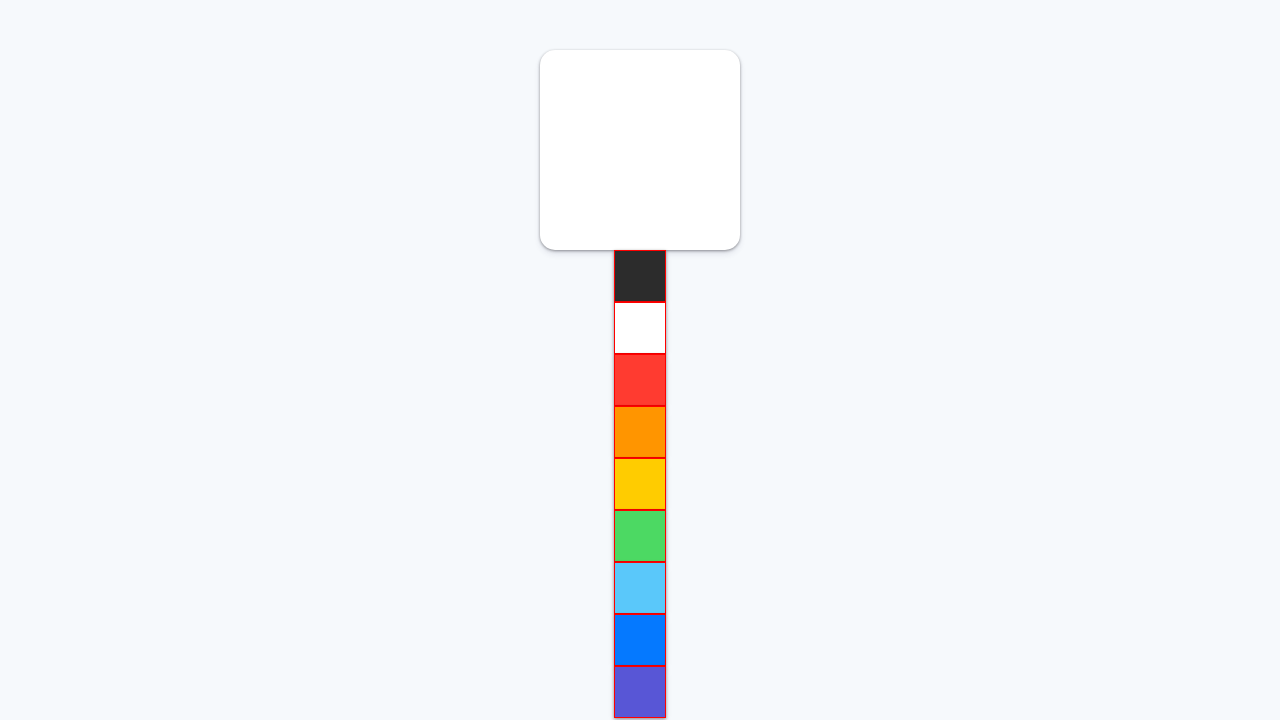
Repository: haleyjung/paintjs
Page: index.html
An editor plug-in stored every save of this project. The page is shown before and after the next save, followed by the edit.
The browser window is 1280 px wide. The pictures show the whole page.

Above is the page before, as saved 2020-11-24 22:40:51.

After the next save:
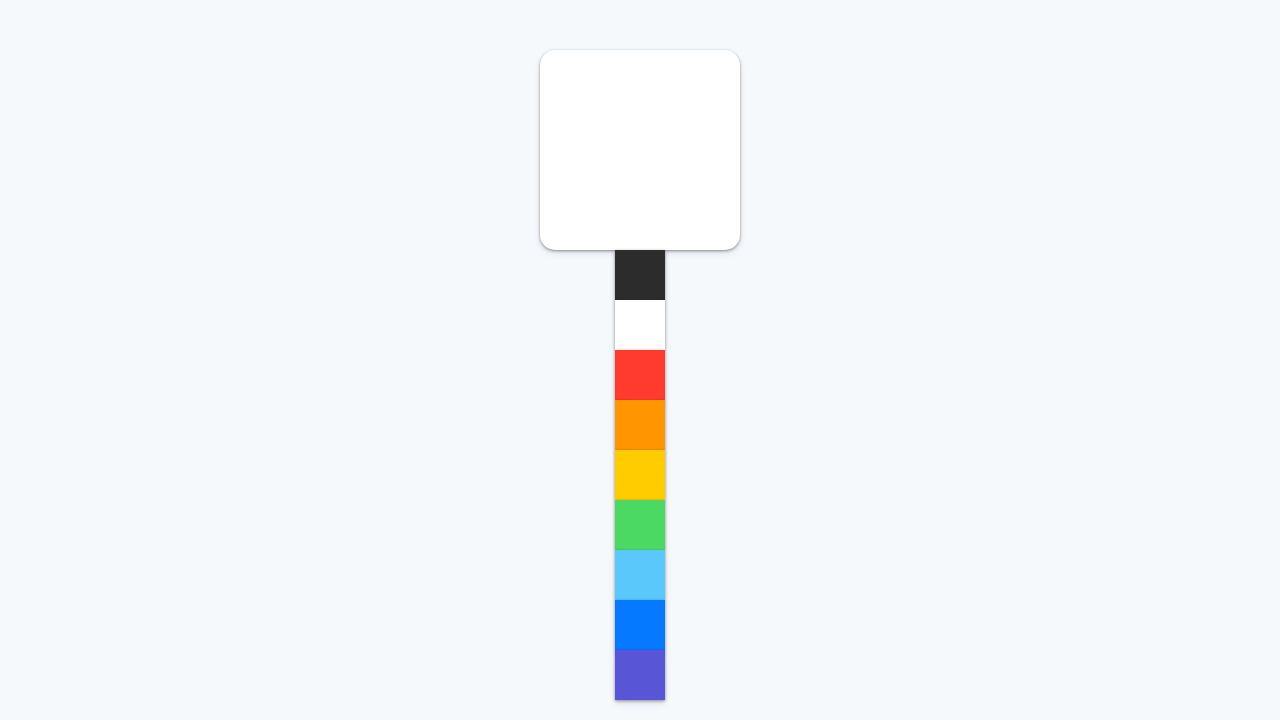
Saved 6 s later.
--- a/style.css
+++ b/style.css
@@ -26,5 +26,4 @@ body {
   width: 50px;
   height: 50px;
   box-shadow: 0 4px 6px rgba(50, 50, 93, 0.11), 0 1px 3px rgba(0, 0, 0, 0.4);
-  border: 1px solid red;
 }
